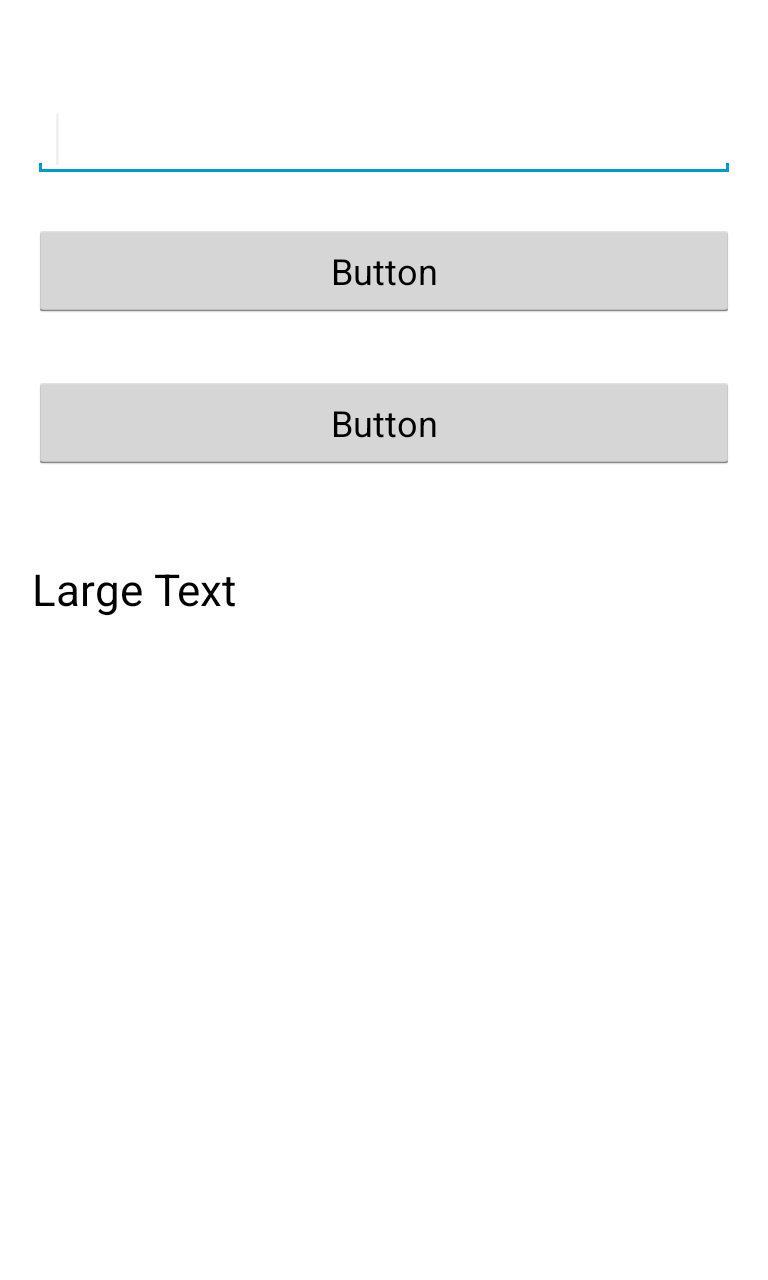
Repository: MadhuHS/JECM3
Layout: InternalStorage/res/layout/activity_main.xml
An editor plug-in stored every save of this project. The layout is shown before and after the next save, followed by the edit.
It is drawn on a 768 x 1280 px phone screen (xhdpi) without system bars, with theme AppTheme; the app's code is not run.

Above is the layout before, as saved 2015-12-19 03:05:52.

After the next save:
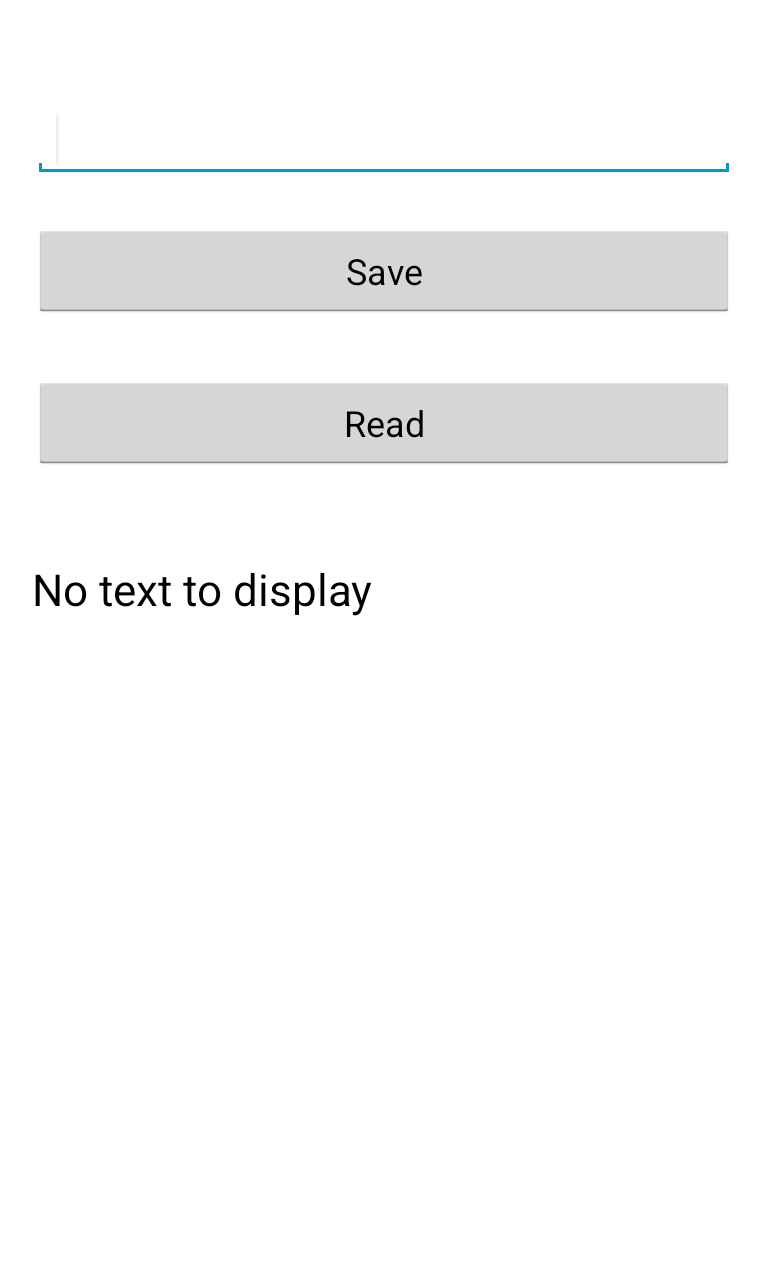
Saved 32 s later.
--- a/InternalStorage/res/layout/activity_main.xml
+++ b/InternalStorage/res/layout/activity_main.xml
@@ -29,7 +29,7 @@
         android:layout_alignRight="@+id/editText1"
         android:layout_below="@+id/editText1"
         android:layout_marginTop="22dp"
-        android:text="Button" />
+        android:text="Save" />
 
     <Button
         android:id="@+id/button2"
@@ -39,7 +39,7 @@
         android:layout_alignRight="@+id/editText1"
         android:layout_below="@+id/button1"
         android:layout_marginTop="28dp"
-        android:text="Button" />
+        android:text="Read" />
 
     <TextView
         android:id="@+id/textView1"
@@ -50,7 +50,7 @@
         android:layout_alignRight="@+id/button2"
         android:layout_below="@+id/button2"
         android:layout_marginTop="44dp"
-        android:text="Large Text"
+        android:text="No text to display"
         android:textAppearance="?android:attr/textAppearanceLarge" />
 
 </RelativeLayout>
